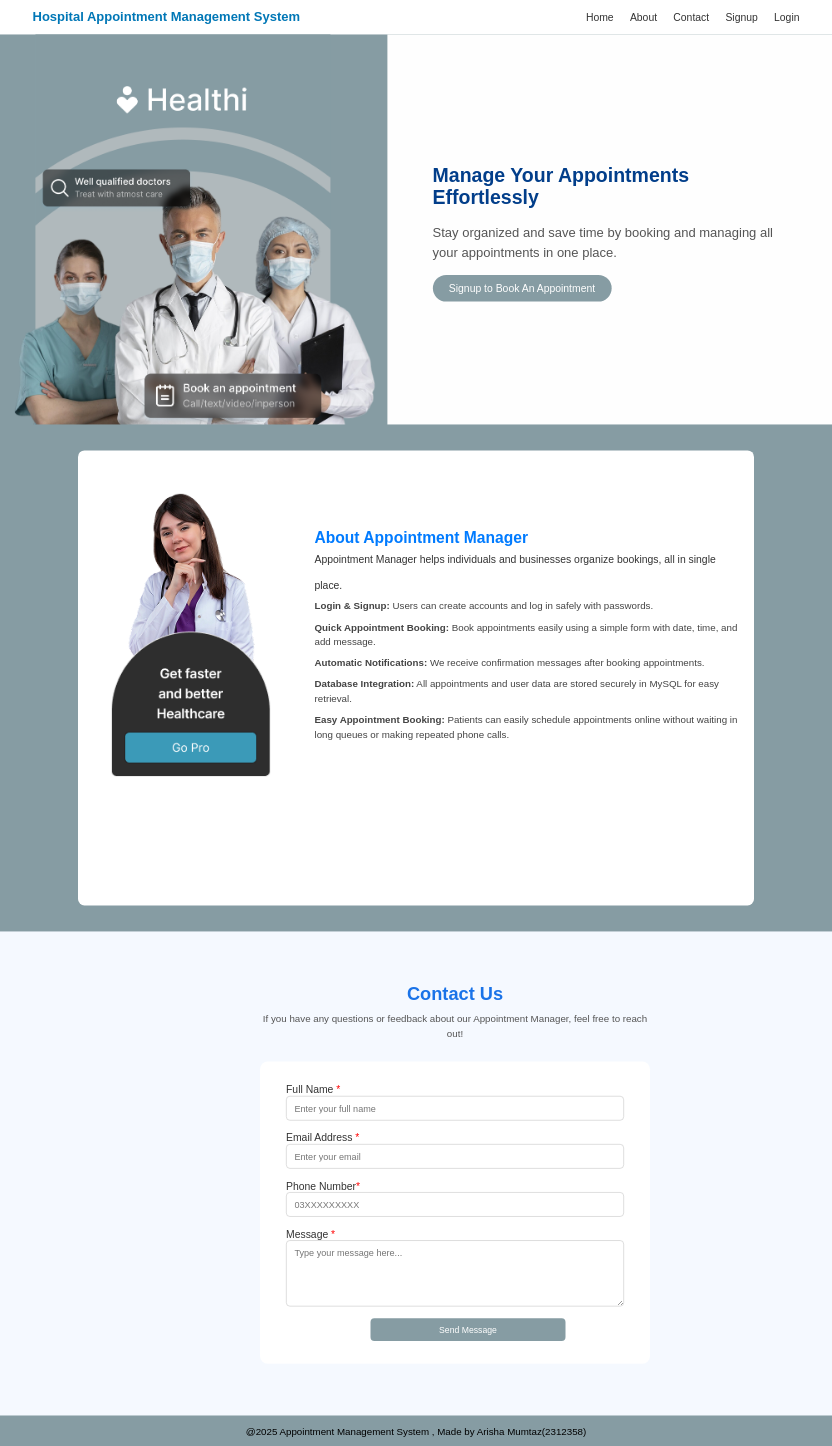
Repository: Arisha004/hospital-management-midterm-
Page: http://localhost/landingpage.html
An editor plug-in stored every save of this project. The page is shown before and after the next save, followed by the edit.
The browser window is 1280 px wide. The pictures show the whole page, at 65% of full size.
The page is run by PHP 8.4 with error messages shown; the project is at /var/www/html/.

Above is the page before, as saved 2025-11-08 14:42:14.

### landingpage.html

<html>
<head>
  <title>Appointment Management System</title>
  <link rel="stylesheet" href="style.css">
  <style>

  h2 {
    color: #007bff;
  }
  button{
  display: inline-block;
  background-color: #869CA3;
  color: #fff;
  padding: 10px 22px;
  border: none;
  border-radius: 6px;
  cursor: pointer;
  font-weight: 500;
   text-align: center;
}


a{
  color: white;
  text-decoration: none;
}
  </style>
</head>
<body>
  <header class="navbar">
    <div class="logo">Hospital Appointment Management System</div>
    <nav>
      <ul>
        <li><a href="#landing">Home</a></li>
        <li><a href="about.html">About</a></li>
        <li><a href="contact.html">Contact</a></li>
        <li><a href="signup.php">Signup</a></li>
        <li><a href="login.php">Login</a></li>

      </ul>
    </nav>
  </header>


  <section class="landing">
      <div class="right"></div>
    <div class="left">
      <h1>Manage Your Appointments Effortlessly</h1>
      <p>Stay organized and save time by booking and managing all your appointments in one place.</p>
      <a href="signup.php" class="btn">Signup to Book An Appointment</a>
    </div>

  </section>
  <section class="container about-inner">

    <section class="landing">
      <div class="rightabout"></div>
    <div class="leftabout">

        <h2 style="margin-top: 70px;">About Appointment Manager</h2>
        <p style="line-height: 40px;">Appointment Manager helps individuals and businesses organize bookings, all in single place.</p>
        <ul class="features">
              <li><strong> Login & Signup:</strong> Users can create accounts and log in safely with  passwords.</li>
<li><strong>Quick Appointment Booking:</strong> Book appointments easily using a simple form with date, time, and add message.</li>
<li><strong>Automatic Notifications:</strong> We receive confirmation messages after booking appointments.</li>
<li><strong>Database Integration:</strong> All appointments and user data are stored securely in MySQL for easy retrieval.</li>
<li><strong>Easy Appointment Booking:</strong> Patients can easily schedule appointments online without waiting in long queues or making repeated phone calls.</li>
</ul>
      </div>
    </div>
  </section>
 </section>
<section id="contact" class="contact">
    <div class="container contact-inner">
      <h2>Contact Us</h2>
      <p>If you have any questions or feedback about our Appointment Manager, feel free to reach out!</p>

      <form action="insertcontactform.php" method="post" class="contact-form">
        <div class="form-group">
          <label>Full Name <span>*</span></label>
          <input type="text" id="name" name="name" placeholder="Enter your full name" pattern="^[A-Za-z]{3,}( [A-Za-z]+)?$" title="Full name should contain only letters and spaces, and must be at least 3 characters long.">

        </div>

        <div class="form-group">
          <label>Email Address <span>*</span></label>
          <input type="email" id="email" name="email" placeholder="Enter your email" title="Please enter a valid email address, e.g. example@gmail.com." required>
        </div>

        <div class="form-group">
          <label>Phone Number<span>*</span></label>
          <input type="tel" id="phone" name="phone" placeholder="03XXXXXXXXX" required pattern="[0-9]{11}" title="Enter 11-digit number only">
        </div>

        <div class="form-group">
          <label>Message <span>*</span></label>
          <textarea id="message" name="message" rows="5" placeholder="Type your message here..." required  pattern=".*\S.*" minlength="10"  title="Message must be at least 10 characters long.Cannot enter only spaces"></textarea>
        </div>

        <button type="submit" class="btn">Send Message</button>
      </form>
    </div>
</section>



  <footer>
    <p> @2025 Appointment Management System , Made by Arisha Mumtaz(2312358)</p>
  </footer>
</body>
</html>

### style.css

* {
  margin: 0;
  padding: 0;
  font-family: 'Poppins', sans-serif;
}

body {
  background: #869CA3;
  color: #333;
}

.about {
  background-color: #f9f9f9;
  padding: 80px 0; /*80px top & bottom, 0 left & right */
}

.about-image img {

  width: 450px;
  border-radius: 10px;
}

.about-content {
  margin-top: 20px;
  width: 300px;
}

.about-content h2 {
  font-size: 28px;
  color: #1a73e8;
  margin-bottom: 15px;
}

.about-content p {
  font-size: 16px;
  color: #555;
  line-height: 1.6;
  margin-bottom: 20px;
}

.features {
  list-style: none;
  padding: 0;
  margin-bottom: 25px;
}

.features li {
  margin-bottom: 10px;
  color: #444;
  font-size: 15px;
  line-height: 1.5;
}



.contact {
  background-color: #f5f9ff;
  padding: 80px 0;
}

.contact-inner {
  width: 600px;
  margin-left: 400PX;
  text-align: center;
}

.contact h2 {
  font-size: 28px;
  color: #1a73e8;
  margin-bottom: 10px;
}

.contact p {
  color: #555;
  margin-bottom: 30px;
  font-size: 15px;
  line-height: 1.6;
}

.card {
  background-color: #869CA3;
  width: 280px;
  padding: 20px;
  border-radius: 10px;
  box-shadow: 0 0 8px rgba(0,0,0,0.1);
  text-align: left;
}
.card-container {
  display: flex;
  justify-content: center;
  gap: 20px;
}


.card h4 {
  font-size: 18px;
  margin-bottom: 10px;
  color: lightcyan;
}

.card p {
  font-size: 15px;
  color: whitesmoke;
  line-height: 1.5;
}



.contact-form {
  background-color: #fff;
  padding: 35px 40px;
  border-radius: 12px;
  text-align: left;
}

.form-group {
  margin-bottom: 18px;
}
.about-cards {
  text-align: center;
  padding: 40px 20px;
  background-color: #f5f5f5;
}

.about-cards h3 {
  font-size: 24px;
  margin-bottom: 30px;
  color: black;
}


label {
  font-weight: 500;
  margin-bottom: 6px;
  color: #333;
}

label span {
  color: red;
}

input, textarea {
  width: 100%;
  padding: 10px 12px;
  border: 1px solid #ccc;
  border-radius: 6px;
  font-size: 14px;
}



.contact-form .btn {
  display: inline-block;
  background-color: #869CA3;
  color: #fff;
  padding: 10px 22px;
  border: none;
  border-radius: 6px;
  cursor: pointer;
  font-weight: 500;

  margin-left: 130px;
   text-align: center;
}


.navbar {
  display: flex;
  justify-content: space-between;
  align-items: center;
  padding: 15px 50px;
  background: #fff;

 }

.navbar .logo {
  font-weight: 700;
  font-size: 20px;
  color: #0077b6;
}

.navbar ul {
  display: flex;
  list-style: none;
}

.navbar ul li a {
  text-decoration: none;
  color: #333;
  margin-left: 25px;
}

/*.landing becomes a flex container.
Its children (e.g., .left and .right) automatically become flex items.flex items are IN horizontally (row direction).*/

.landing {
  display: flex;
  height: 600px;
}

.landingabout {
  display: flex;
  height: 300px;
}


  button{

  display: inline-block;
  background-color: #869CA3;
  color: #fff;
  padding: 10px 22px;
  border: none;
  border-radius: 6px;
  cursor: pointer;
  font-weight: 500;

   text-align: center;
}


.landing .left ,.landingabout .left {

  width: 50%;
  padding: 0 70px; /*adds 70px space on left and right (inner spacing).*/
  background: #fefefe;
}


.landing .left h1 ,.landingabout .left h1 {
  margin-top: 200px;
  font-size: 30px;
  color: #023e8a;
  margin-bottom: 20px;
}

.landing .left p ,.landingabout .left p {
  font-size: 20px;
  color: #555;
  margin-bottom: 30px;
  line-height: 1.6;
}

.btn {
  background: #869CA3;
  color: #fff;
  padding: 12px 25px;
  border-radius: 30px;
  text-decoration: none;
  font-weight: 300;
  width: 300px;
}


.landing .right ,.landingabout .right {
  width:700px;
  background:url(images/pic1.png);
  background-repeat: no-repeat;
  background-size: cover;
}





.form1-container {
  width: 520px;
  margin: 80px auto;
  background: white;
  padding: 20px;
  border-radius: 8px;
}

.form1-container h2 {
  text-align: center;
  color: #333;
}

.form1-container label {
  display: block;
  margin-top: 10px;
  color: #555;
}

.form1-container input {
  width: 100%;
  padding: 8px;
  margin-top: 5px;
  border: 1px solid #ccc;
  border-radius: 4px;
}

.form1-container button {
  width: 100%;
  margin-top: 15px;
  padding: 10px;
  background: #869CA3;
  border: none;
  color: white;
  border-radius: 4px;
  cursor: pointer;
}


.form1-container p {
  text-align: center;
  margin-top: 10px;
}

.success {
  text-align: center;
  background: #d4edda;
  color: #155724;
  padding: 8px;
  border-radius: 5px;
  margin: 10px auto;
  width: 320px;
}

.error {
  text-align: center;
  background: #f8d7da;
  color: #721c24;
  padding: 8px;
  border-radius: 5px;
  margin: 10px auto;
  width: 320px;
}

footer {
  text-align: center;
  padding: 15px;
 background-color:#869CA3;
  color: black;
  font-size: 15px;

}

.container.about-inner {
  padding: 50px 20px ;
  background-color: #fff;
  margin: 40px auto;
  width: 1000px;
  border-radius: 10px;

}
.landing .rightabout {
  width:500px;
  background:url(images/pic2.png);
  background-repeat: no-repeat;
  background-size: contain;
}



.about-content {
  width: 600px;
}

.about-content h2 {
  font-size: 28px;
  margin-bottom: 15px;
  color: #222;
}

.about-content p {
  font-size: 16px;
  line-height: 1.6;
  margin-bottom: 15px;
}

After the next save:
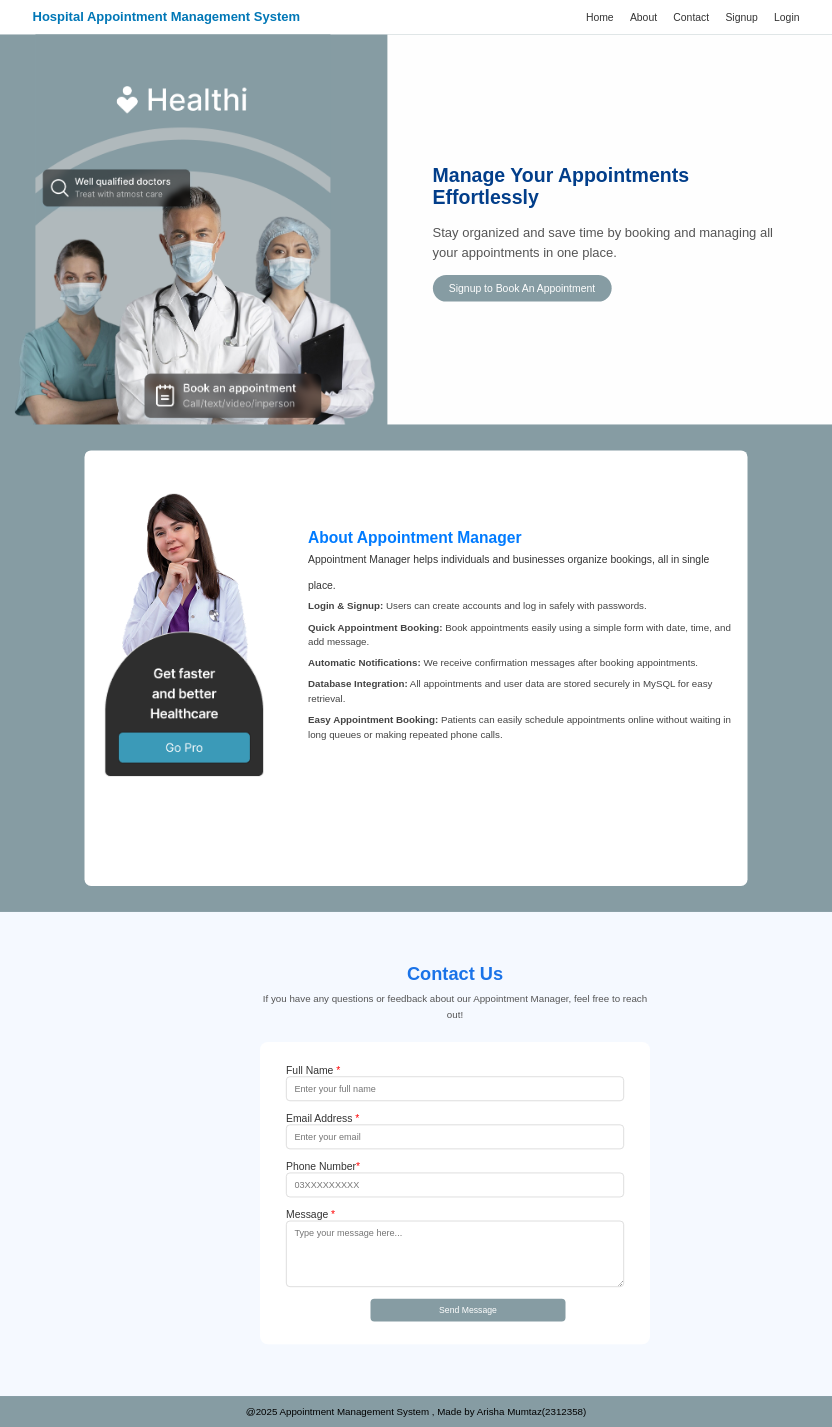
Saved 4 s later.
--- a/style.css
+++ b/style.css
@@ -338,7 +338,7 @@ footer {
 }
 
 .container.about-inner {
-  padding: 50px 20px ;
+  padding: 50px 20px 20px 0px;
   background-color: #fff;
   margin: 40px auto;
   width: 1000px;
